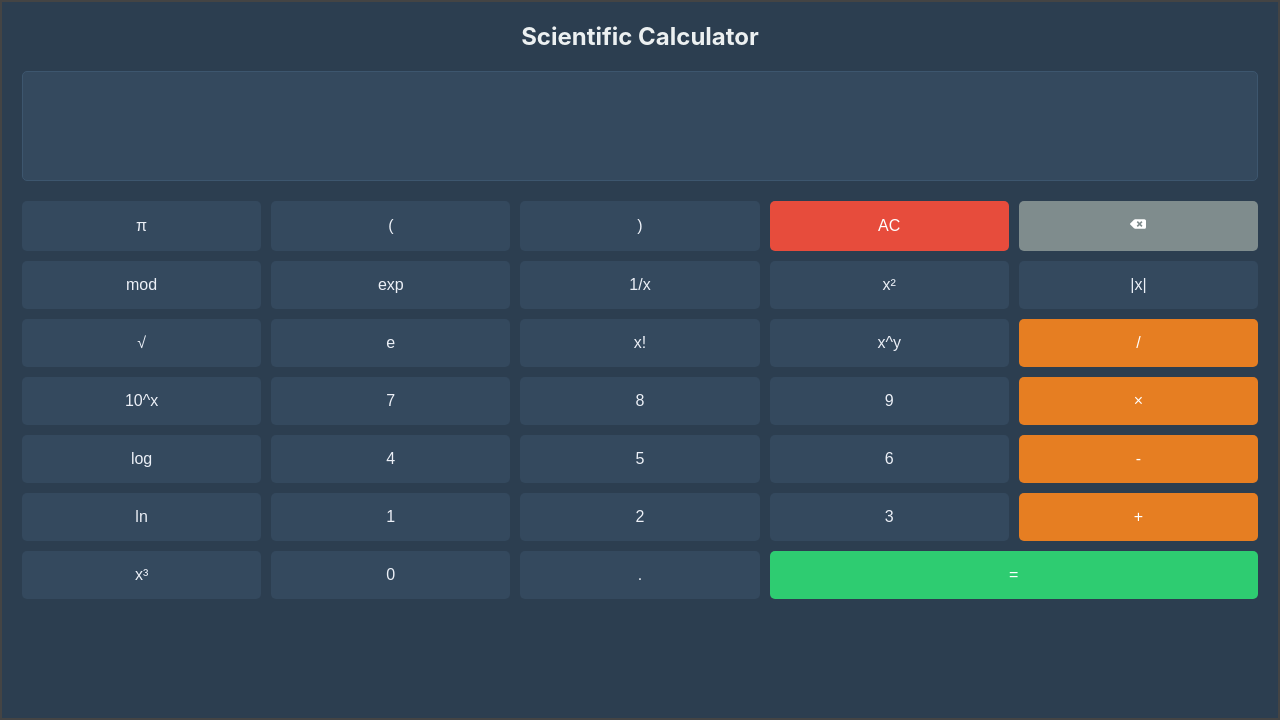
Repository: thesaherriaz/Calculator-React
Page: /
These files come from the project's save history. The page is drawn as it stood at one moment and after a run of saves; the edit follows.
The browser window is 1280 px wide. The pictures show the whole page.
The project was rebuilt for these pictures with package versions that can differ from the ones it lists, and the page was loaded fresh each time.

Above is the page before, as saved 2025-06-20 12:55:49.

After the next 2 saves:
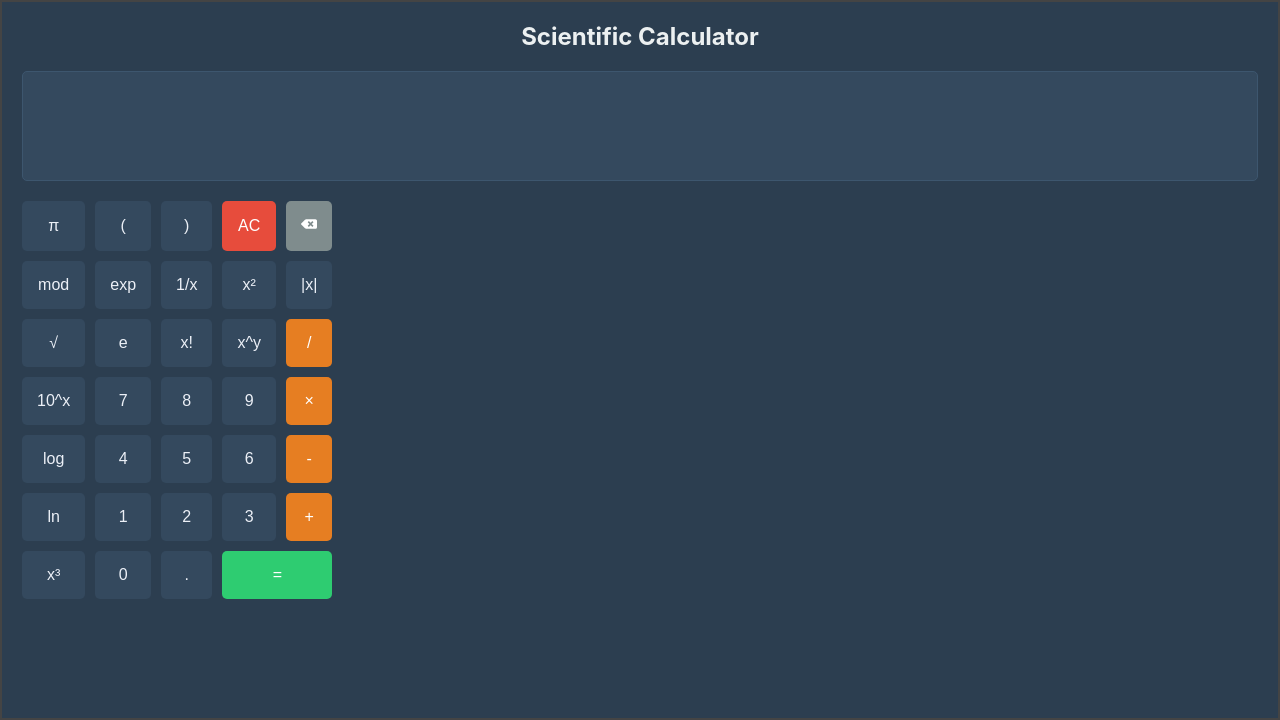
The 2 saves are shown as one change because they came seconds apart.
The last was saved 18 s later.
--- a/src/compnents/Calculator.css
+++ b/src/compnents/Calculator.css
@@ -52,6 +52,7 @@
     display: grid;
     grid-template-columns: repeat(5, 1fr);
     grid-gap: 10px;
+    width: 1.1rem;
 }
 
 button {

After the save that followed:
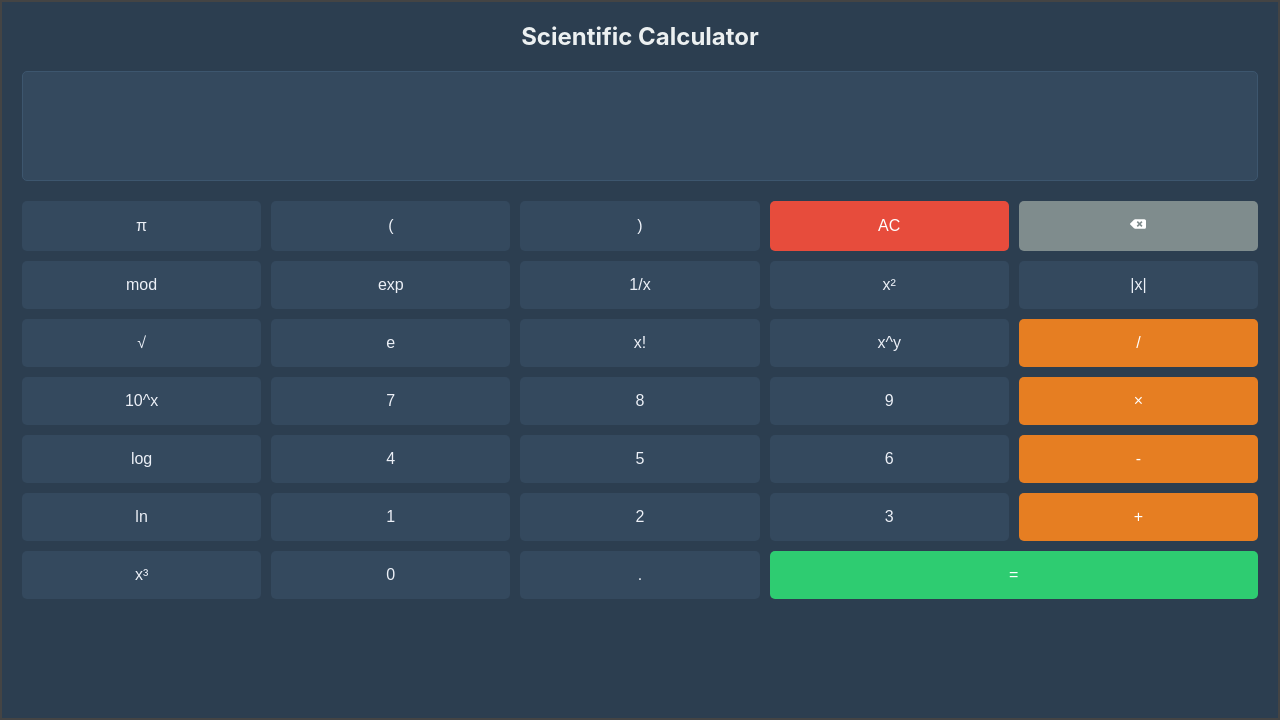
Saved 6 s later.
--- a/src/compnents/Calculator.css
+++ b/src/compnents/Calculator.css
@@ -52,7 +52,7 @@
     display: grid;
     grid-template-columns: repeat(5, 1fr);
     grid-gap: 10px;
-    width: 1.1rem;
+    height: 1.1rem;
 }
 
 button {
